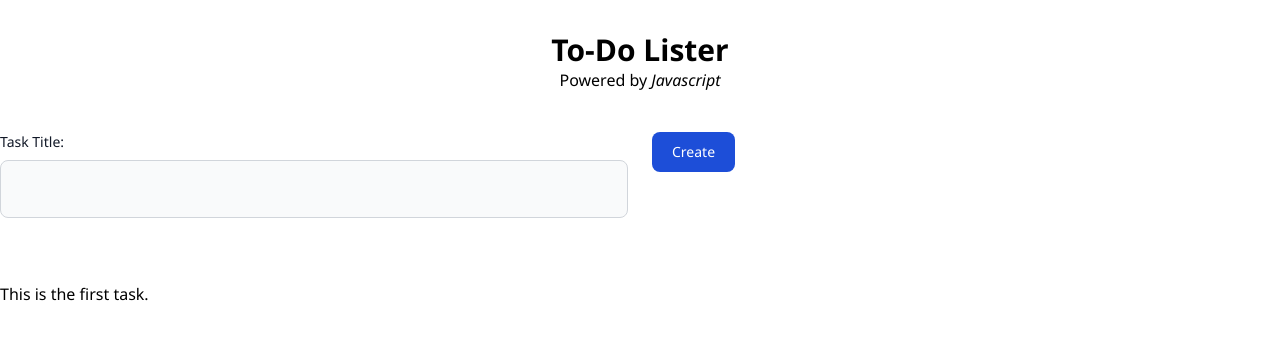
Repository: vxyux/to-do-lister
Page: index.html
These files come from the project's save history. The page is drawn as it stood at one moment and after a run of saves; the edit follows.
The browser window is 1280 px wide. The pictures show the whole page.
Some web libraries are served in a nearby version.

Above is the page before, as saved 2023-09-04 15:32:58.

After the next 2 saves:
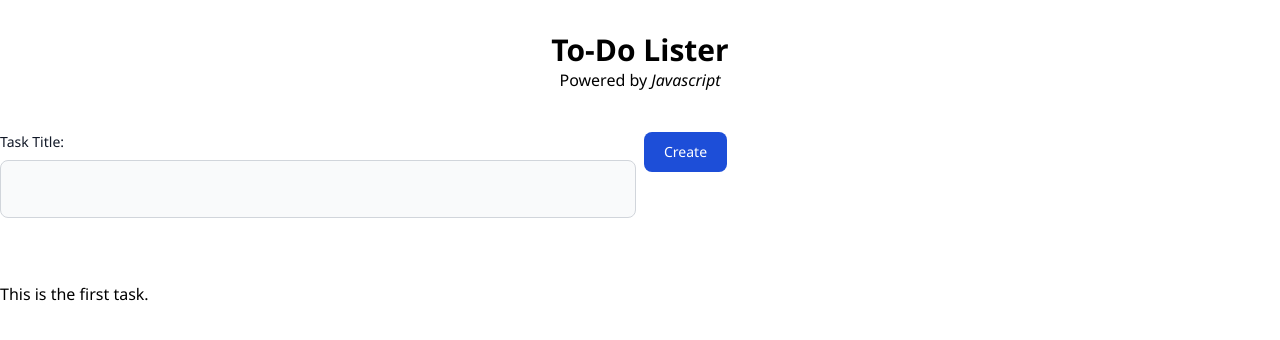
The 2 saves are shown as one change because they came seconds apart.
The last was saved 10 s later.
--- a/index.html
+++ b/index.html
@@ -20,7 +20,7 @@
 
     <div class="inputFields mt-10">
 
-      <div class="grid gap-6 mb-6 md:grid-cols-2">
+      <div class="grid gap-2 mb-6 md:grid-cols-2">
 
         <div class="mb-6">
           <label for="userInput" class="block mb-2 text-sm font-medium text-gray-900 dark:text-white">
